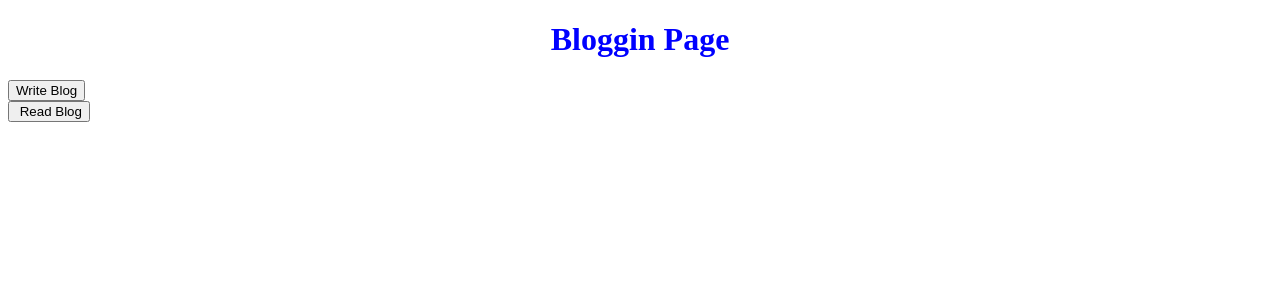
Repository: choubeyshubham018/CompleteJavaQuestions
Page: http://localhost/Ques_17_ServletBlogApplication/
An editor plug-in stored every save of this project. The page is shown before and after the next save, followed by the edit.
The browser window is 1280 px wide. The pictures show the whole page.
The page is served by Tomcat 9. Other server files are loaded and not shown.

Above is the page before, as saved 2023-09-19 06:13:12.

### Servlet Assignment/Ques_17_ServletBlogApplication/src/main/webapp/index.jsp
<%@ page language="java" contentType="text/html; charset=ISO-8859-1"
    pageEncoding="ISO-8859-1"%>
 <%@ taglib prefix="c" uri="http://java.sun.com/jsp/jstl/core"%>
<!DOCTYPE html>
<html>
<head>
<meta charset="ISO-8859-1">
<title>Home Page</title>
</head>
<body>
<h1 style="text-align: center; color: blue;">Bloggin Page</h1>
<form action="./blog & s1=save %">
<input type="submit" value="Write Blog">
</form>
<form action="./blog & s1=write %">
<input type="submit" value=" Read Blog">
</form>

</body>
</html>

After the next save:
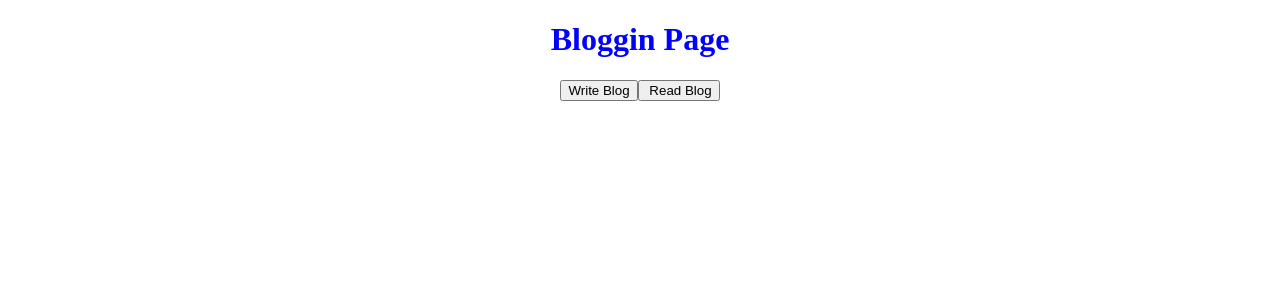
Saved 76 s later.
--- a/Servlet Assignment/Ques_17_ServletBlogApplication/src/main/webapp/index.jsp
+++ b/Servlet Assignment/Ques_17_ServletBlogApplication/src/main/webapp/index.jsp
@@ -8,13 +8,15 @@
 <title>Home Page</title>
 </head>
 <body>
+
 <h1 style="text-align: center; color: blue;">Bloggin Page</h1>
+<div style="display: flex; align-items: center; justify-content: center;">
 <form action="./blog & s1=save %">
 <input type="submit" value="Write Blog">
 </form>
 <form action="./blog & s1=write %">
 <input type="submit" value=" Read Blog">
 </form>
-
+</div>
 </body>
 </html>
